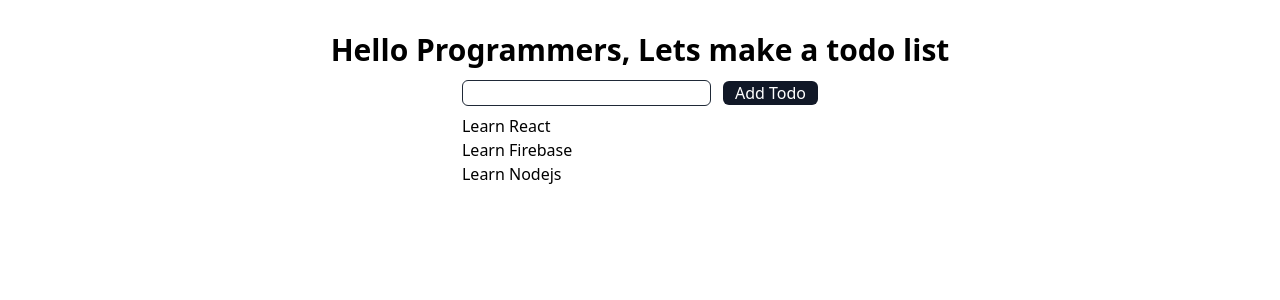
Repository: Shamraiz761/todo_list
Page: /
These files come from the project's save history. The page is drawn as it stood at one moment and after the next save; the edit follows.
The browser window is 1280 px wide. The pictures show the whole page.
The project was rebuilt for these pictures with package versions that can differ from the ones it lists, and the page was loaded fresh each time. Also part of the build but not shown: vite.config.js.

Above is the page before, as saved 2024-01-11 22:39:28.

After the next save:
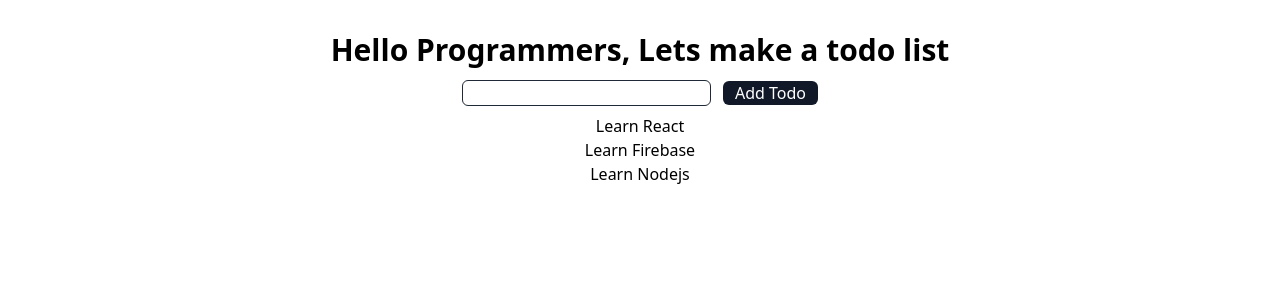
Saved 4 s later.
--- a/src/App.jsx
+++ b/src/App.jsx
@@ -33,7 +33,7 @@
           </form>
           <ul className="mt-2">
             {todo.map((item, index) => {
-              return <li className="" key={index}>{item}</li>;
+              return <li className="text-center" key={index}>{item}</li>;
             })}
           </ul>
         </div>

After the 2 saves that followed:
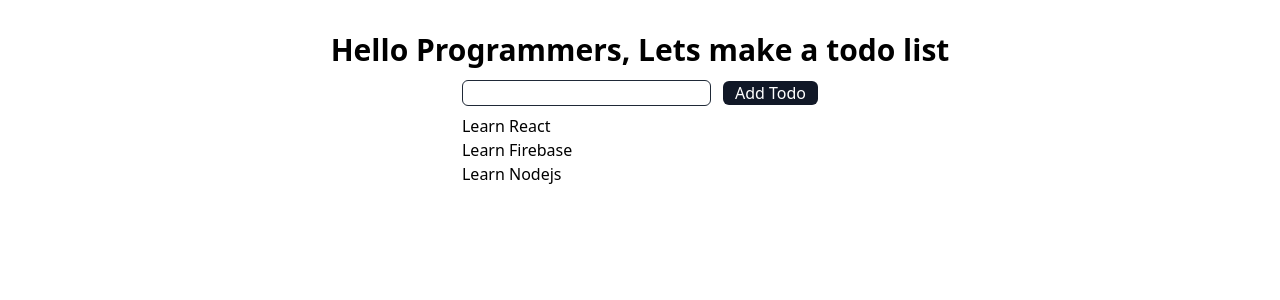
The 2 saves are shown as one change because they came seconds apart.
The last was saved 15 s later.
--- a/src/App.jsx
+++ b/src/App.jsx
@@ -33,7 +33,7 @@
           </form>
           <ul className="mt-2">
             {todo.map((item, index) => {
-              return <li className="text-center" key={index}>{item}</li>;
+              return <li className="" key={index}>{item}</li>;
             })}
           </ul>
         </div>
